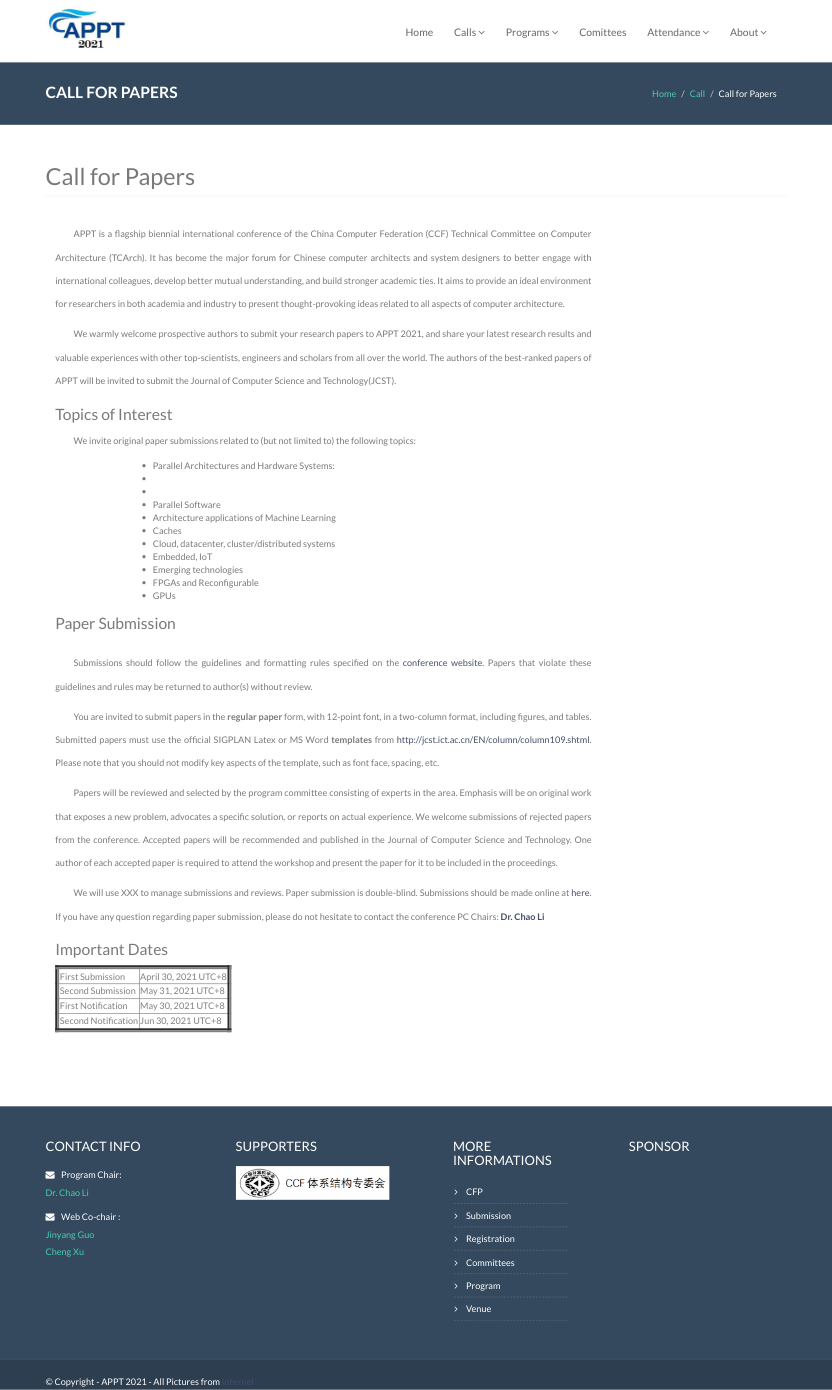
Repository: APPT2021/APPT2021.github.io
Page: call-papers.html
The author's editor kept a copy of each file at every save. The page is drawn from the files as they stood at one save, then again after a run of saves.
The browser window is 1280 px wide. The pictures show the whole page, at 65% of full size.

Above is the page before, as saved 2021-03-25 00:24:16.
Console error: ReferenceError: jQuery is not defined

### call-papers.html
<!DOCTYPE html>
<html lang="en">
  <head>
	  <script type="text/javascript" src="js/common/description.js"></script>

	  <script src="https://cdn.bootcss.com/semantic-ui/2.4.1/semantic.js"></script>
    	<link href="https://cdn.bootcss.com/semantic-ui/2.4.1/semantic.css" rel="stylesheet">

    <!-- Bootstrap core CSS -->
    <link href="css\bootstrap.min.css" rel="stylesheet">
    <link href="css\theme.css" rel="stylesheet">
    <link href="css\bootstrap-reset.css" rel="stylesheet">
    <!--external css-->
    <link href="assets\font-awesome\css\font-awesome.css" rel="stylesheet">
    <link rel="stylesheet" href="css\flexslider.css">
    <link href="assets\bxslider\jquery.bxslider.css" rel="stylesheet">
    <link rel="stylesheet" href="css\animate.css">
    <link href='http://fonts.googleapis.com/css?family=Lato' rel='stylesheet' type='text/css'>



      <!-- Custom styles for this template -->
    <link rel="stylesheet" type="text/css" href="css\component.css">
    <link href="css\style.css" rel="stylesheet">
    <link href="css\style-responsive.css" rel="stylesheet">

    <!-- HTML5 shim and Respond.js IE8 support of HTML5 tooltipss and media queries -->
    <!--[if lt IE 9]>
      <script src="js/html5shiv.js"></script>
      <script src="js/respond.min.js"></script>
    <![endif]-->
    <style type="text/css">
<!--
.STYLE1 {	font-size: 24px;
	font-weight: bold;
}
.STYLE2 {	font-size: 16px;
	font-weight: bold;
}
.p1{line-height: 27pt;word-wrap: break-word;text-indent: 2em;text-align: justify;}
-->
    </style>
</head>

  <body>
    <!--header start-->
    <script type="text/javascript" src="js/common/header.js"></script>
    <!--header end-->

    <!--breadcrumbs start-->
    <div class="breadcrumbs">
        <div class="container">
            <div class="row">
                <div class="col-lg-4 col-sm-4">
                    <h1>Call for Papers</h1>
                </div>
                <div class="col-lg-8 col-sm-8">
                    <ol class="breadcrumb pull-right">
                        <li><a href="index-real.html">Home</a></li>
						<li><a href="call-summary.html">Call</a></li>
                        <li class="active">Call for Papers</li>
                    </ol>
                </div>
            </div>
        </div>
    </div>
    <!--breadcrumbs end-->

    <!--container start-->
    <div class="component-bg">
        <div class="container">
            <!-- Forms
================================================== -->
<div class="bs-docs-section mar-b-30" style="padding-left: 0%;">
  <h1 id="forms" class="page-header">Call for Papers </h1>
<br>
  <div class="col-lg-9 col-lg-offset-0" itemprop="articleSection" style = "padding-bottom: 10%">
		<p class="p1">
			APPT is a flagship biennial international conference of the China Computer Federation (CCF) Technical Committee on Computer Architecture (TCArch). It has become the major forum for Chinese computer architects and system designers to better engage with international colleagues, develop better mutual understanding, and build stronger academic ties. It aims to provide an ideal environment for researchers in both academia and industry to present thought-provoking ideas related to all aspects of computer architecture.
		</p>
		<p class="p1">
			We warmly welcome prospective authors to submit your research papers to APPT 2021,
			and share your latest research results and valuable experiences with other top-scientists,
			engineers and scholars from all over the world. The authors of the best-ranked papers of APPT will be invited to submit the Journal of
		    Computer Science and Technology(JCST).
		</p>
		<h3>Topics of Interest</h3>
		<p class="p1">We invite original paper submissions related to (but not limited to) the following topics:</p>
		<ul style="margin-left: 150px;">
			<li style=" text-align: justify;">
				Parallel Architectures and Hardware Systems:
				<li></li>
				<li></li>
			</li>
			<li style=" text-align: justify;">
				Parallel Software
			</li>
			<li style=" text-align: justify;">
				Architecture applications of Machine Learning
			</li>
			<li style=" text-align: justify;">
				Caches
			</li>
			<li style=" text-align: justify;">
				Cloud, datacenter, cluster/distributed systems
			</li>
			<li style=" text-align: justify;">
				Embedded, IoT
			</li>
			<li style=" text-align: justify;">
				Emerging technologies
			</li>
			<li style=" text-align: justify;">
				FPGAs and Reconfigurable
			</li>
			<li style=" text-align: justify;">
				GPUs
			</li>
		</ul>



		<h3>Paper Submission</h3>
		<br>
		<p class="p1">
			Submissions should follow the guidelines and formatting rules
			 specified on the <a href ="http://jcst.ict.ac.cn/EN/column/column107.shtml">conference website</a>.
			 Papers that violate these guidelines and rules may be returned
			 to author(s) without review.
		</p>
		<p class="p1">
		You are invited to submit papers in the <strong>regular paper</strong> form, with 12-point font, in a two-column format, including figures, and tables. Submitted papers must use the official SIGPLAN Latex or MS Word <strong>templates</strong> from
		<a href="http://jcst.ict.ac.cn/EN/column/column109.shtml">http://jcst.ict.ac.cn/EN/column/column109.shtml</a>. Please note that you should
		not modify key aspects of the template, such as font face, spacing, etc.
		</p>
		<p class="p1">
		 Papers will be reviewed and selected by the program committee consisting of experts in the area.
		 Emphasis will be on original work that exposes a new problem, advocates a specific solution,
		  or reports on actual experience. We welcome submissions of rejected papers from the conference.
		  Accepted papers will be recommended and published in the Journal of Computer Science and Technology.
		  One author of each accepted paper is required to attend the workshop and present the paper for it to be included in the proceedings.
		</p>
<p class="p1">
We will use XXX to manage submissions and reviews. Paper submission is double-blind. Submissions should be made online at <a href="https://mc03.manuscriptcentral.com/jcst">here</a>. If you have any question regarding paper submission, please do not hesitate to contact the conference
		PC Chairs: <a href="mailto: chaol@cs.sjtu.edu.cn"><b>Dr. Chao Li</b> </a>
		</p>
		<h3>Important Dates</h3>


		<table role="grid" style="position: relative; color:black" border="6">
			<tbody>
			  <tr style="opacity: 0.5;">
				<td>First Submission</td>
				<td> April 30, 2021 UTC+8 </td>
			  </tr>
			  <tr style="opacity: 0.5;">
				<td>Second Submission</td>
				<td>May 31, 2021 UTC+8</td>
			  </tr>
			  <tr style="opacity: 0.5;">
				<td>First Notification</td>
				<td>May 30, 2021 UTC+8</td>
			  </tr>
			  <tr style="opacity: 0.5;">
				<td>Second Notification</td>
				<td>Jun 30, 2021 UTC+8</td>
			  </tr>
			</tbody>
		 </table>
<!--
		<h3>Camera Ready Submission / Author Kit</h3>
		<p style="text-align: justify; ">
		For the accepted papers to be included in the proceedings, the camera-ready version must be submitted by using the recommended format. The final PDF has to conform to the requirements for publishing on IEEE Xplore. In addition, the IEEE copyright form has to be submitted and at least one author of the paper must register to the conference at a full rate. The registration must cover any over-length page charge. All the steps listed above must be completed by <b>August 2nd, 2020</b>.
		</p>
		<p style="text-align: justify; ">
		Please note that <i>we will not be able to include your paper in the conference proceedings or in IEEE Xplore if you do not follow the instructions below. The conference organizer also reserves the right to exclude a paper from distribution after the conference (e.g., removal from IEEE Xplore) if it is not presented at the conference.</i>
		</p>

		<h3>Best Paper Award</h3>
		<p style=" text-align: justify;">
		All accepted papers SRDS will compete for the "Prof. C. V. Ramamoorthy Best Paper Award". The SRDS Best Paper is named after Prof. Chittoor V. Ramamoorthy, who was instrumental in the 80's for the success of SRDS, many of his former students have also significantly contributed to the conference.
		</p>

		<p style=" text-align: justify;">
		In addition, the authors of the best ranked papers of SRDS will be invited to submit extended versions of their papers to IEEE Transactions on Dependable and Secure Computing.
		</p>

		<p>&nbsp;</p>
		<h3>SRDS 2020 PC Chairs</h3>
		<p>&nbsp;</p>

		<div class="ui three column grid">
			<div class="column">
				<div class="ui card">
				<a class="image" href="http://web.cs.iastate.edu/~borzoo/" target="_blank">
					<img src="img/committees/borzoo.jpg">
				</a>
				<div class="content">
					<a class="header" href="http://web.cs.iastate.edu/~borzoo/" target="_blank">Borzoo Bonakdarpour</a>
					<div class="meta">
					<a>Iowa State University, USA</a>
					</div>
				</div>
				</div>
			</div>
			<div class="column">
				<div class="ui card">
				<a class="image" href="http://www.cs.sjtu.edu.cn/~lichao/" target="_blank">
					<img src="img/committees/li.jpg">
				</a>
				<div class="content">
					<a class="header" href="http://www.cs.sjtu.edu.cn/~lichao/" target="_blank">Chao Li</a>
					<div class="meta">
					<a>Shanghai Jiao Tong University</a>
					</div>
				</div>
				</div>
			</div>
			<div class="column">
				<div class="ui card">
				<a class="image" href="http://vukolic.com/" target="_blank">
					<img src="img/committees/marko.jpg">
				</a>
				<div class="content">
					<a class="header" href="http://vukolic.com/" target="_blank">Marko Vukolić</a>
					<div class="meta">
					<a>IBM Research-Zurich, Switzerland</a>
					</div>
				</div>
				</div>
			</div>
		</div>

	</div>
  <p>&nbsp;</p>
  <!-- /.bs-example -->
</div>
        </div>
    </div>
    <!--container end-->

	<script type="text/javascript" src="js/common/footer.js"></script>

  <!-- js placed at the end of the document so the pages load faster -->
    <script src="js\jquery.js"></script>
    <script src="js\bootstrap.min.js"></script>
    <script type="text/javascript" src="js\hover-dropdown.js"></script>
    <script defer="" src="js\jquery.flexslider.js"></script>
    <script type="text/javascript" src="assets\bxslider\jquery.bxslider.js"></script>

    <script src="js\jquery.easing.min.js"></script>
    <script src="js\link-hover.js"></script>


     <!--common script for all pages-->
    <script src="js\common-scripts.js"></script>
    <script src="js\wow.min.js"></script>
    <script>
        wow = new WOW(
          {
            boxClass:     'wow',      // default
            animateClass: 'animated', // default
            offset:       0          // default
          }
        )
        wow.init();
    </script>


  </body>
</html>

### css/theme.css
body {
  padding-top: 70px;
  padding-bottom: 30px;
}

.theme-dropdown .dropdown-menu {
  display: block;
  position: static;
  margin-bottom: 20px;
}

.theme-showcase > p > .btn {
  margin: 5px 0;
}

### css/flexslider.css
/*
 * jQuery FlexSlider v2.0
 * http://www.woothemes.com/flexslider/
 *
 * Copyright 2012 WooThemes
 * Free to use under the GPLv2 license.
 * http://www.gnu.org/licenses/gpl-2.0.html
 *
 * Contributing author: Tyler Smith (@mbmufffin)
 */


/* Browser Resets */
.flex-container a:active,
.flexslider a:active,
.flex-container a:focus,
.flexslider a:focus  {outline: none;}
.slides,
.flex-control-nav,
.flex-direction-nav {margin: 0; padding: 0; list-style: none;}

/* FlexSlider Necessary Styles
*********************************/
.flexslider {margin: 0; padding: 0;}
.flexslider .slides > li {display: none; -webkit-backface-visibility: hidden;} /* Hide the slides before the JS is loaded. Avoids image jumping */
.flexslider .slides img {width: 100%; display: block;}
.flex-pauseplay span {text-transform: capitalize;}

/* Clearfix for the .slides element */
.slides:after {content: "."; display: block; clear: both; visibility: hidden; line-height: 0; height: 0;}
html[xmlns] .slides {display: block;}
* html .slides {height: 1%;}

/* No JavaScript Fallback */
/* If you are not using another script, such as Modernizr, make sure you
 * include js that eliminates this class on page load */
.no-js .slides > li:first-child {display: block;}


/* FlexSlider Default Theme
*********************************/
.flexslider {margin: 0 0 0px; background: #fff; border: 4px solid #fff; position: relative; -webkit-border-radius: 4px; -moz-border-radius: 4px; -o-border-radius: 4px; border-radius: 4px; zoom: 1;}
.flex-viewport {max-height: 2000px; -webkit-transition: all 1s ease; -moz-transition: all 1s ease; transition: all 1s ease;}
.loading .flex-viewport {max-height: 300px;}
.flexslider .slides {zoom: 1;}

.carousel li {margin-right: 5px}


/* Direction Nav */
.flex-direction-nav {*height: 0;}

.flex-direction-nav a {width: 30px; height: 30px; margin: -20px 0 0; display: block; background: url(../img/bg_direction_nav.png) no-repeat 0 0; position: absolute; top: 50%; z-index: 10; cursor: pointer; text-indent: -9999px; opacity: 0; -webkit-transition: all .3s ease;}

.flex-direction-nav .flex-next {background-position: 100% 0; right: -36px; }
.flex-direction-nav .flex-prev {left: -36px;}
.flexslider:hover .flex-next {opacity: 0.8; right: 5px;}
.flexslider:hover .flex-prev {opacity: 0.8; left: 5px;}
.flexslider:hover .flex-next:hover, .flexslider:hover .flex-prev:hover {opacity: 1;}
.flex-direction-nav .flex-disabled {opacity: .3!important; filter:alpha(opacity=30); cursor: default;}

/* Control Nav */
.flex-control-nav {width: 100%; position: absolute; bottom: -40px; text-align: center;}
.flex-control-nav li {margin: 0 6px; display: inline-block; zoom: 1; *display: inline;}
.flex-control-paging li a {width: 11px; height: 11px; display: block; background: #666; background: rgba(0,0,0,0.5); cursor: pointer; text-indent: -9999px; -webkit-border-radius: 20px; -moz-border-radius: 20px; -o-border-radius: 20px; border-radius: 20px; box-shadow: inset 0 0 3px rgba(0,0,0,0.3);}
.flex-control-paging li a:hover { background: #333; background: rgba(0,0,0,0.7); }
.flex-control-paging li a.flex-active { background: #000; background: rgba(0,0,0,0.9); cursor: default; }

.flex-control-thumbs {margin: 5px 0 0; position: static; overflow: hidden;}
.flex-control-thumbs li {width: 25%; float: left; margin: 0;}
.flex-control-thumbs img {width: 100%; display: block; opacity: .7; cursor: pointer;}
.flex-control-thumbs img:hover {opacity: 1;}
.flex-control-thumbs .flex-active {opacity: 1; cursor: default;}

@media screen and (max-width: 860px) {
  .flex-direction-nav .flex-prev {opacity: 1; left: 0;}
  .flex-direction-nav .flex-next {opacity: 1; right: 0;}
}

### css/style-responsive.css
@media (min-width: 768px) and (max-width: 980px) {
    .col-4 .item {
        width: 47%;
        margin-right: 2%;
        margin-bottom: 2%;
    }
}

@media (max-width: 768px) {


    .navbar-toggle {
        margin-top: 12px;
    }

    .head-section .navbar-collapse  ul.navbar-nav {
        float: none;
        margin-left: 0;
    }

    .head-section .nav li a:hover,
    .head-section .nav li a:focus,
    .head-section .nav li a.dropdown-toggle:focus,
    .head-section .nav li a.dropdown-toggle .dropdown-menu li a:hover,
    .head-section .nav li.active a,
    .head-section .dropdown-menu li a:hover {
        color: #fff !important;
    }

    .head-section .navbar-nav > li {
        padding: 0;
        margin-bottom: 2px;
    }

    .head-section .nav li ul.dropdown-menu li a {
        margin-left: 0px;
        color: #999!important; ;
    }

    .head-section .nav li .dropdown-menu li a:hover, .head-section .nav li .dropdown-menu li.active a {
        color: #fff !important;
    }

    .purchase-btn, .about-testimonial {
        margin-top: 10px;
    }

    .breadcrumb.pull-right{
        padding: 0;
    }

    .search, .bx-controls-direction {
        display: none;
    }

    .tweet-box {
        margin-bottom: 20px;
    }

    .property img {
        width: 80%;
    }

    .bx-wrapper {
        margin-bottom: 60px;
    }

    .purchase-btn, .about-testimonial {
        margin-top: 0;
    }

    .purchase-btn {
        line-height: 98px;
    }

    .social-link-footer li a {
        font-size: 16px;
        height: 40px;
        width: 40px;
    }

    .navbar-header {
        float: none;
        text-align: center;
        width: 100%;
        margin: 10px 0;
    }

    .navbar-brand {
        float: none;

    }

    .carousel-control {
        font-size: 45px;
        line-height: 70px;
    }

    .btn, .form-control {
        margin-bottom: 10px;
    }



}


@media (max-width: 480px) {

    .head-section .navbar {
        min-height: 60px;
    }

    .navbar-toggle {
        margin-right: -10px;
    }

    .head-section .nav li .dropdown-menu li a:hover {
        color: #48C9B0 !important;
    }

    .navbar-brand {
        margin-top: 10px !important;
        float: left !important;
    }

    .col-4 .item {
        width: 100%;
        margin-right: 0%;
        margin-bottom: 2%;
    }

    .breadcrumb.pull-right{
        float: left !important;
        margin-top: 10px;
        padding: 0;
    }

    .carousel-control {
        font-size: 23px;
        line-height: 38px;
    }
}

@media (max-width:320px) {


}



@media (max-width: 900px) {
    /*Slider Sequence*/
    #sequence-theme .info {
        top:80px !important;
        width:60% !important;
        margin-right:50px;
    }

    /*Slider Parallax*/
    .da-slide .da-img {
        display:none;
    }
}

@media (max-width: 450px) {
    /*Slider Sequence*/
    #sequence-theme .info {
        top:70px !important;
        width:70% !important;
        margin-right:25px;
    }
    #sequence-theme h2 {
        font-size:30px !important;
    }
    #sequence-theme .info p {
        font-size:18px !important;
    }

    /*Slider Parallax*/
    .da-slide p {
        display:none;
    }
}

Loaded but not shown: css/bootstrap.min.css (library); css/bootstrap-reset.css (library); assets/font-awesome/css/font-awesome.css (library); assets/bxslider/jquery.bxslider.css (library); css/animate.css (library); js/jquery.js (library); js/bootstrap.min.js (library); assets/bxslider/jquery.bxslider.js (library); js/jquery.easing.min.js (library); js/wow.min.js (library); js/jquery.flexslider.js (library); js/link-hover.js (621 lines, source omitted); js/common/header.js (79 lines, source omitted); js/common/footer.js (83 lines, source omitted); js/hover-dropdown.js (135 lines, source omitted); js/common/description.js (11 lines, source omitted); js/common-scripts.js (42 lines, source omitted); css/style.css (2977 lines, source omitted); css/component.css (1591 lines, source omitted)

After the next 2 saves:
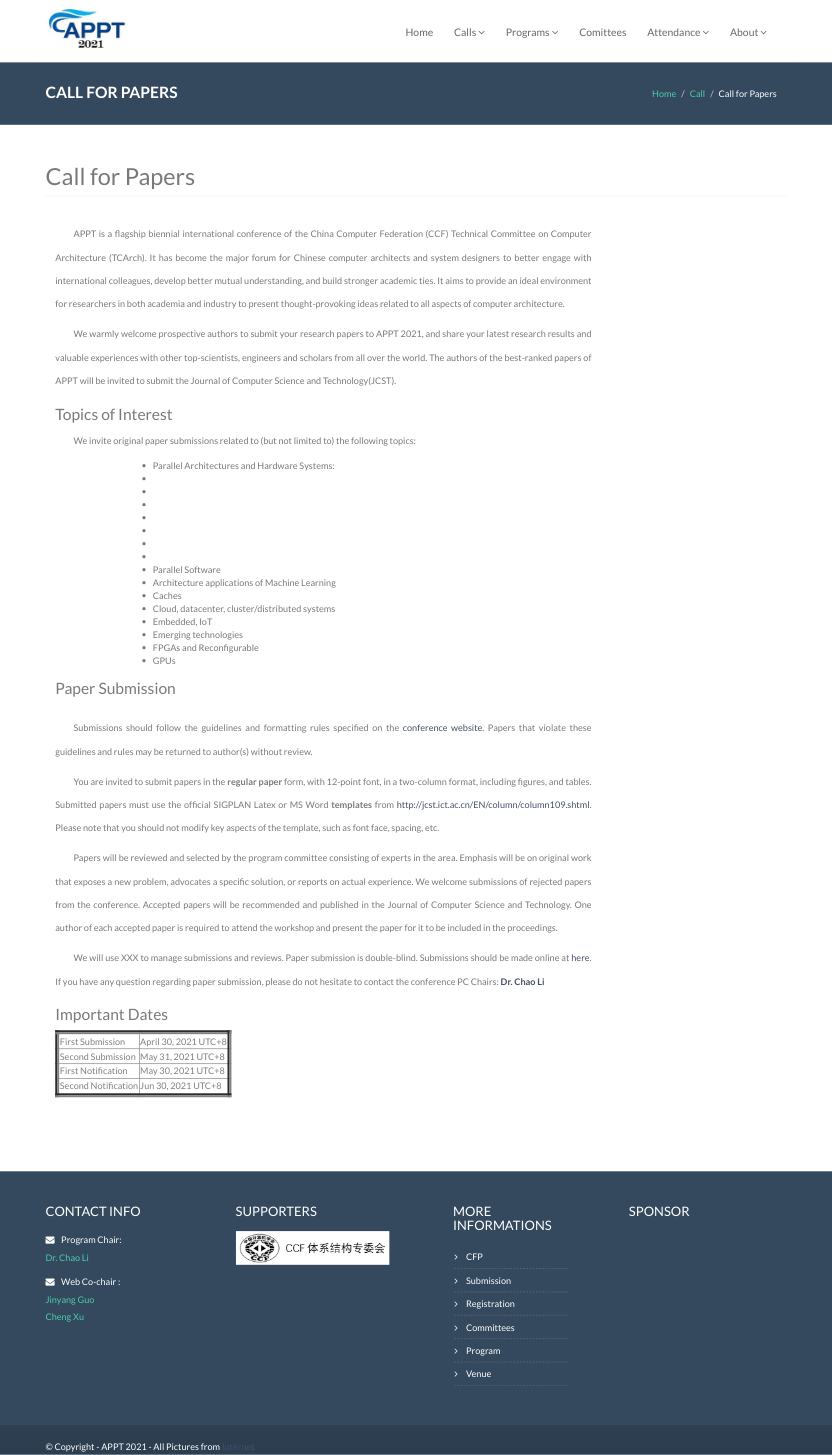
The 2 saves are shown as one change because they came seconds apart.
The last was saved 16 s later.
--- a/call-papers.html
+++ b/call-papers.html
@@ -91,6 +91,11 @@
 				Parallel Architectures and Hardware Systems:
 				<li></li>
 				<li></li>
+				<li></li>
+				<li></li>
+				<li></li>
+				<li></li>
+				<li></li>
 			</li>
 			<li style=" text-align: justify;">
 				Parallel Software
